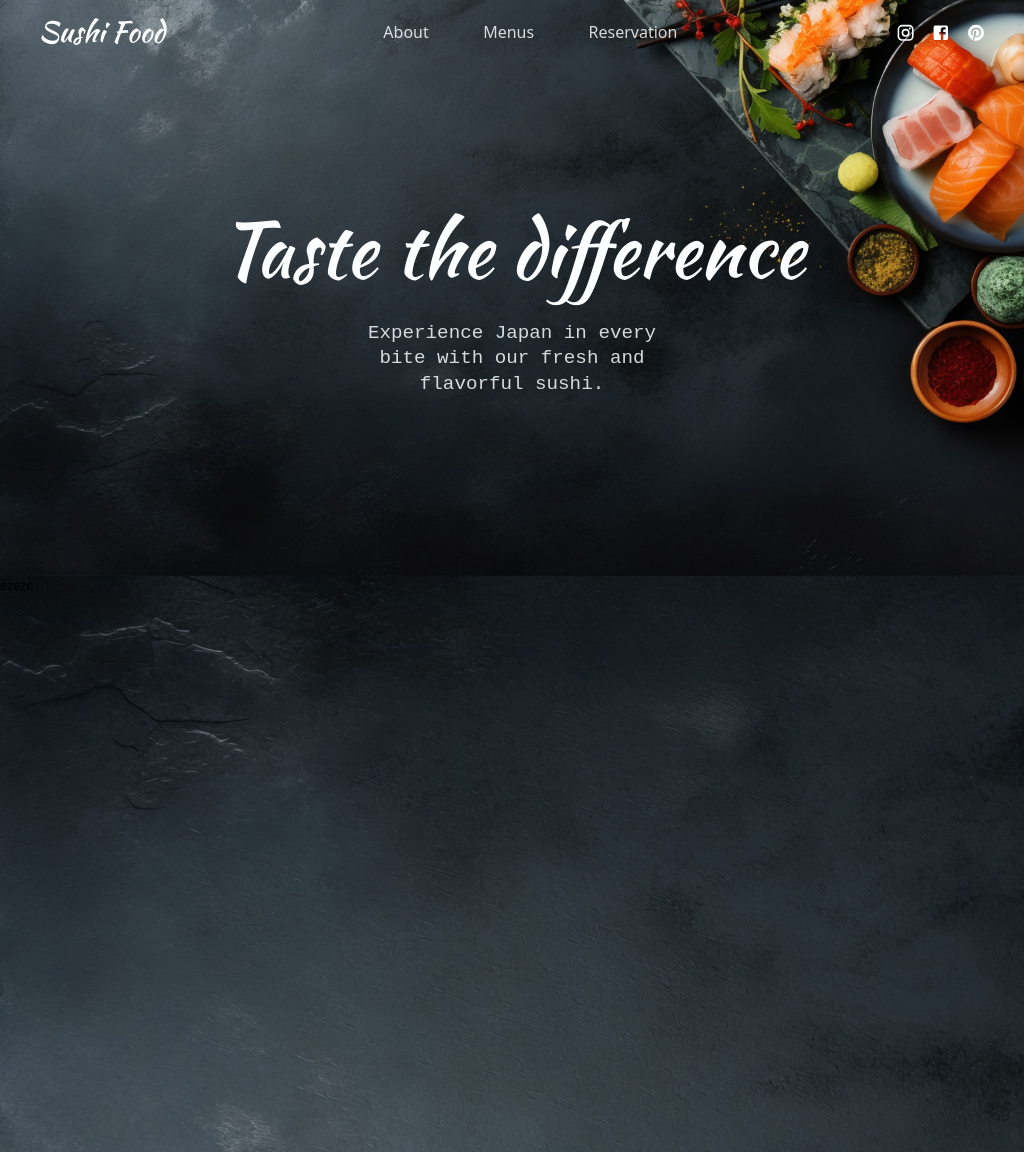
Repository: Adrien-legeleu/sushi-food
Page: /
These files come from the project's save history. The page is drawn as it stood at one moment and after the next save; the edit follows.
The browser window is 1280 px wide. The pictures show the whole page, at 80% of full size.
Pictures or frames that could not be fetched are drawn as grey boxes. Some web fonts or font styles are not loaded; a fallback is used. The project was rebuilt for these pictures with package versions that can differ from the ones it lists, and the page was loaded fresh each time. Also part of the build but not shown: vite.config.ts.

Above is the page before, as saved 2024-04-29 13:06:33.

After the next save:
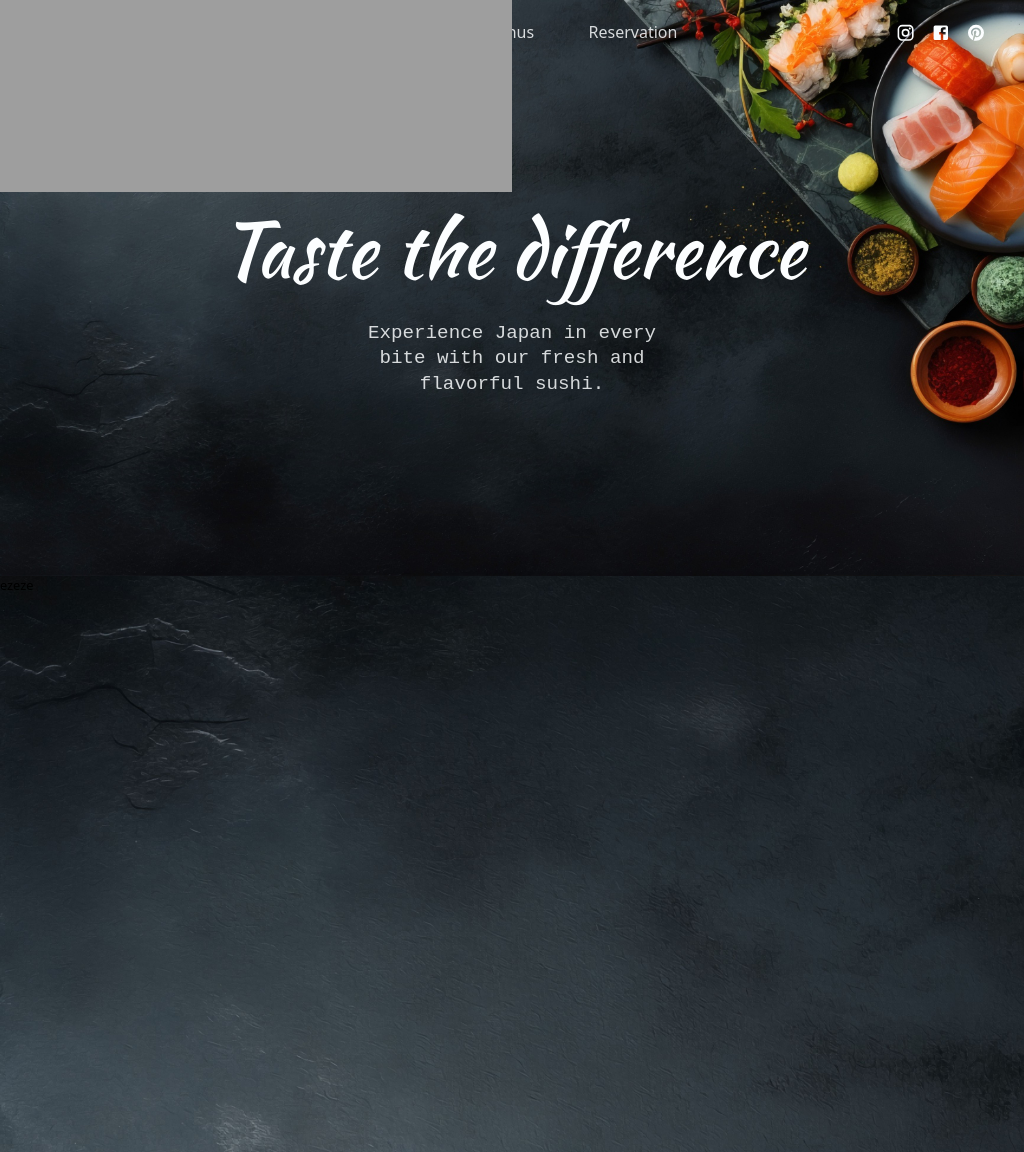
Saved 18 s later.
--- a/src/Components/About.tsx
+++ b/src/Components/About.tsx
@@ -1,7 +1,7 @@
 export const About =()=>{
     return(
         <div className="h-screen w-full bg-[url('././assets/fond.jpeg')] bg- bg-cover bg-center ">
-            <div className="absolute w-1/2 h-1/3 object-cover -top-1/2 left-0">
+            <div className="absolute w-1/2 h-1/3 object-cover top-0 left-0">
                 <img className="w-full h-full" src="./cerisier.jpg" alt="cerisier" />
             </div>
             <h4>ezeze</h4>
